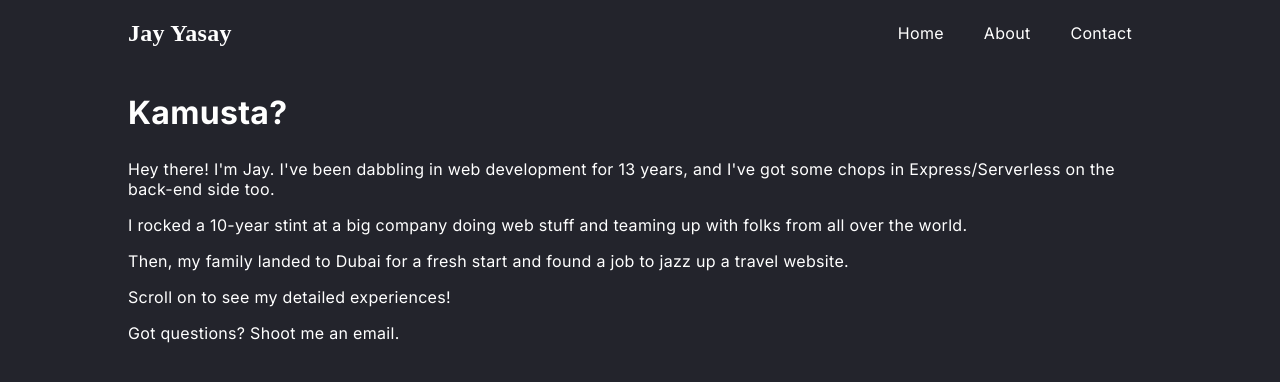
Repository: jayyasay/portfolio
Page: /
The author's editor kept a copy of each file at every save. The page is drawn from the files as they stood at one save, then again after the next save.
The browser window is 1280 px wide. The pictures show the whole page.
Some web fonts or font styles are not loaded; a fallback is used. The project was rebuilt for these pictures with package versions that can differ from the ones it lists, and the page was loaded fresh each time. Also part of the build but not shown: src/App.css, src/pages/About.js.

Above is the page before, as saved 2023-09-20 10:29:32.

### src/index.css
@import url('https://fonts.googleapis.com/css2?family=Inter:wght@100;200;300;400;500;600;700;800;900&family=Skranji:wght@400;700&display=swap');

body {
  margin: 0;
  font-family: 'Inter', sans-serif;
  -webkit-font-smoothing: antialiased;
  -moz-osx-font-smoothing: grayscale;
  background-color: #23242c;
}

body * {
  letter-spacing: 0.3px;
}

h1 {
  font-family: 'Skranji', cursive;
  color: #fff;
}

code {
  font-family: source-code-pro, Menlo, Monaco, Consolas, 'Courier New',
    monospace;
}

h1, h2, h3, h4, h5, h6, p {
  color: #fff
}

h2 {
  font-size: 2rem;
}

p,a  {
  font-size: 1rem;
}

#root {
  padding: 0 20px;
}

@media screen and (min-width: 768px) {
  #root {
    padding: 0;
  }
}

### src/App.js
import './App.css';
import Navigation from './components/Navigation';
import { BrowserRouter as Router, Routes, Route } from 'react-router-dom';
import Home from './pages/Home';
import About from './pages/About';

function App() {
  return (
    <>
      <Router>
        <Navigation />
        <Routes>
          <Route path="/" element={<Home />} />
          <Route path="/about" element={<About />} />
          {/* You can add a route for Contact here when you're ready */}
        </Routes>
      </Router>
    </>
  );
}

export default App;

### src/components/Navigation.js
import React, { useState } from "react";
import styled from "styled-components";
import { Link } from "react-router-dom";

const Nav = styled.nav`
  background-color: #23242c;
  display: flex;
  flex-direction: column;

  @media screen and (min-width: 768px) {
    flex-direction: row;
  }
`;

const Wrapper = styled.div`
  @media screen and (min-width: 768px) {
    display: flex;
    flex-direction: row;
    width: 1024px;
    margin: auto;
  }
`;

const StyledLink = styled(Link)`
  display: flex;
  align-items: center;
  padding: 10px 20px;
  color: white;
  text-align: center;
  text-decoration: none;
  justify-content: center;

  @media screen and (min-width: 768px) {
    height: 100%;
    padding: 0 20px;
    &:hover {
      background-color: #ddd;
      color: black;
    }
  }
`;

const BurgerIcon = styled.span`
  display: none;
  @media screen and (max-width: 767px) {
    display: block;
    position: absolute;
    right: 20px;
    top: 24px;
    cursor: pointer;
    color: #fff;
  }
`;

const NavItems = styled.div`
  @media screen and (max-width: 767px) {
    display: flex;
    flex-direction: column;
    align-items: center;
    width: 100%;
    max-height: ${(props) =>
      props.open
        ? "100vh"
        : "0"};
    transition: max-height 0.2s ease-in-out;
    text-align: center;
    height: calc(100vh - 72.81px);
    background-color: #33363D;
    position: absolute;
    top: 72.81px;
    left: 0;
    overflow: hidden;
  }

  @media screen and (min-width: 768px) {
    align-items: center;
    margin-left: auto;
    display: flex;
  }
`;

const Navigation = () => {
  const [isOpen, setIsOpen] = useState(false);

  return (
    <Nav>
      <Wrapper>
        <h1>Jay Yasay</h1>
        <BurgerIcon onClick={() => setIsOpen(!isOpen)}>☰</BurgerIcon>
        <NavItems open={isOpen}>
          <StyledLink to="/" onClick={() => setIsOpen(!isOpen)}>
            Home
          </StyledLink>
          <StyledLink to="/about" onClick={() => setIsOpen(!isOpen)}>
            About
          </StyledLink>
          <StyledLink to="#" onClick={() => setIsOpen(!isOpen)}>
            Contact
          </StyledLink>
        </NavItems>
      </Wrapper>
    </Nav>
  );
};

export default Navigation;

### src/pages/Home.js
import styled from "styled-components";

const HomeWrapper = styled.div`
  @media screen and (min-width: 768px) {
    max-width:1024px;
    margin: auto;
  }
`;

const Home = () => {
  return (
    <>
      <HomeWrapper>
        <h2>Kamusta?</h2>
        <p>
            Hey there! I'm Jay. I've been dabbling in web development for 13 years, and I've got some chops in Express/Serverless on the back-end side too.
        </p>
        <p>
            I rocked a 10-year stint at a big company doing web stuff and teaming up with folks from all over the world.
        </p>
        <p>
            Then, my family landed to Dubai for a fresh start and found a job to jazz up a travel website.
        </p>
        <p>
            Scroll on to see my detailed experiences!
        </p>
        <p>
            Got questions? Shoot me an email.
        </p>
      </HomeWrapper>
    </>
  );
};

export default Home;

Loaded but not shown: public/index.html (common file); src/index.js (common file); src/reportWebVitals.js (common file)

After the next save:
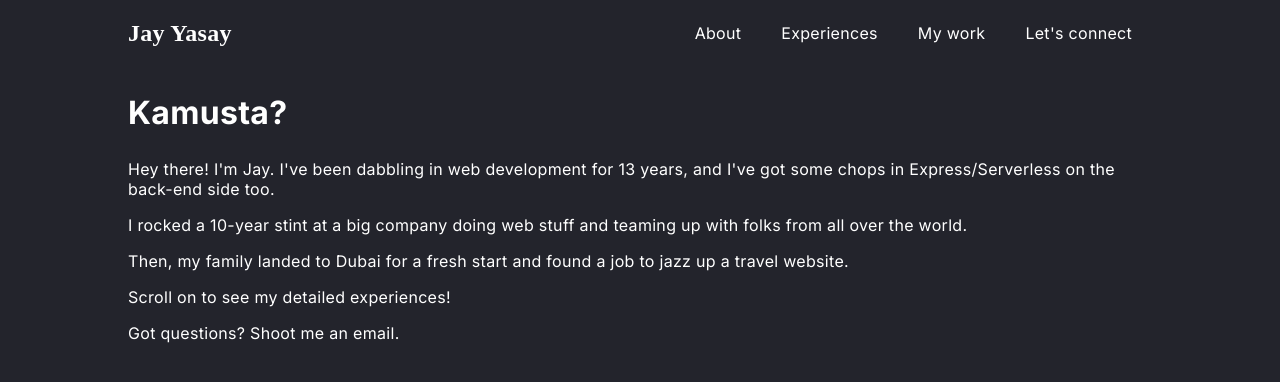
Saved 2 min 4 s later.
--- a/src/components/Navigation.js
+++ b/src/components/Navigation.js
@@ -88,14 +88,17 @@
         <h1>Jay Yasay</h1>
         <BurgerIcon onClick={() => setIsOpen(!isOpen)}>☰</BurgerIcon>
         <NavItems open={isOpen}>
-          <StyledLink to="/" onClick={() => setIsOpen(!isOpen)}>
-            Home
-          </StyledLink>
           <StyledLink to="/about" onClick={() => setIsOpen(!isOpen)}>
             About
           </StyledLink>
+          <StyledLink to="/about" onClick={() => setIsOpen(!isOpen)}>
+            Experiences
+          </StyledLink>
           <StyledLink to="#" onClick={() => setIsOpen(!isOpen)}>
-            Contact
+            My work
+          </StyledLink>
+          <StyledLink to="#" onClick={() => setIsOpen(!isOpen)}>
+            Let's connect
           </StyledLink>
         </NavItems>
       </Wrapper>
